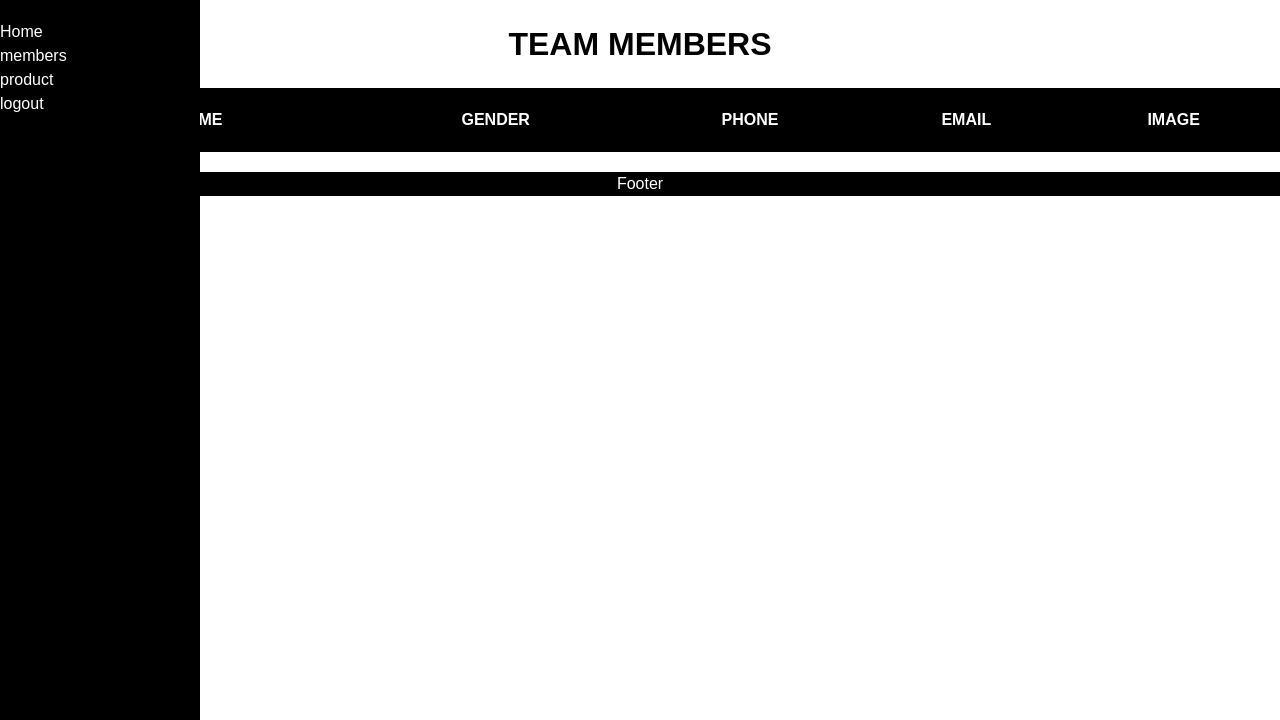
Repository: Eugene44-hub/SHRGroup46-capstone
Page: /members
These files come from the project's save history. The page is drawn as it stood at one moment and after the next save; the edit follows.
The browser window is 1280 px wide. The pictures show the whole page.
The page's requests for data from a server got no answer. The project was rebuilt for these pictures with package versions that can differ from the ones it lists, and the page was loaded fresh each time. No one was signed in, and anything a server would have sent is missing.

Above is the page before, as saved 2022-05-19 15:28:24.

### src/index.css
@tailwind base;
@tailwind components;
@tailwind utilities;
@import url('https://fonts.googleapis.com/css2?family=Poppins:wght@300;400;500;700&display=swap');
body {
    font-family: 'Poppins', sans-serif;
}

code {
    font-family: source-code-pro, Menlo, Monaco, Consolas, 'Courier New', monospace;
}

* {
    margin: 0;
    padding: 0;
    box-sizing: border-box;
}

@layer components {
    .tax {
        @apply text-sm font-medium
    }
    .taxPrice {
        @apply font-extralight
    }
}

### src/App.js
import React from 'react'
import { lazy, Suspense, useEffect, useState } from "react";
import { Route, Routes,BrowserRouter as Router } from "react-router-dom";

//read through comments on each component and pages to understand properly

// only tailwind and css modules are used in this project, any additional libraries should be told to the lead before installation

//Note: you can use normal import statement on the pages. Lazy load is for only Routing pages

// API's too have been fetched in utility folder you can import and use with the syntax below

import { fetchAllData,fetchCompanyQuantity,fetchPersonQuantity,fetchProductQuantity } from "./utilities/apis";
// fetchAllData(input endpoint here to fetch all data).then(data =>console.log(data) )
// fetchPersonQuantity(input quantity here to fetch an amount of data).then(data =>console.log(data) )
// fetchProductQuantity(input quantity here to fetch an amount of data).then(data =>console.log(data) )
// fetchCompanyQuantity(input quantity here to fetch an amount of data).then(data =>console.log(data) )

// endpoints are as follows:
// https://fakerapi.it/api/v1/products?_quantity=1
// https://fakerapi.it/api/v1/companies?_quantity=1
// https://fakerapi.it/api/v1/persons?_quantity=10
// https://fakerapi.it/api/v1/products
// https://fakerapi.it/api/v1/companies
// https://fakerapi.it/api/v1/persons

// check utilities folder for more details on the api functions

// happy coding


const Nav=lazy(()=>import('./components/nav/Nav'));
const Home=lazy(()=>import('./pages/home/Home'));
const Dashboard=lazy(()=>import('./pages/dashboard/Dashboard'))
const Members=lazy(()=>import('./pages/members/Members'))
const Product=lazy(()=>import('./pages/product/Product'))
const Login=lazy(()=>import('./pages/login/Login'))
const Footer=lazy(()=>import('./components/footer/Footer'))



const quantity = 12;

function App() {

  const[products, setProducts] = useState('')
  const [members,setMembers]=useState(null)

  useEffect(() => {
    fetchProductQuantity(quantity).then(data =>setProducts(data.data) )
    fetchAllData("https://fakerapi.it/api/v1/persons").then(data =>setMembers(data))
  }, [])

  return (
    <div className="App">

<Suspense fallback={<h1>Loading...</h1>}>
  <Router>
  <Nav/>

<Routes>
<Route path="/" element={<Home/>} />
<Route path="/product" element={<Product products = {products}/>} />
<Route path="/dashboard" element={<Dashboard/>} />
<Route path="/login" element={<Login/>} />
<Route path="/members" element={<Members members={members}/>} />
</Routes>
</Router>
<Footer/>
</Suspense>
    </div>
  );
}

export default App;

### src/utilities/apis.js
//this function takes in the url as an argument in string format

export const fetchAllData = async(url) => {
    const response = await fetch(url);
    const data = await response.json();
    return data;
}

//

// this part take in the quantity as an argument in integer format
export const fetchPersonQuantity = async(quantity) => {
    const response = await fetch(`https://fakerapi.it/api/v1/persons?_quantity=${quantity}`);
    const data = await response.json();
    return data;
}

export const fetchCompanyQuantity = async(quantity) => {

    const response = await fetch(`https://fakerapi.it/api/v1/companies?_quantity=${quantity}`);
    const data = await response.json();
    return data;
}

export const fetchProductQuantity = async(quantity) => {
    const response = await fetch(`https://fakerapi.it/api/v1/products?_quantity=${quantity}`);
    const data = await response.json();
    return data;
}



// https://fakerapi.it/api/v1/products?_quantity=1
// https://fakerapi.it/api/v1/companies?_quantity=1
// https://fakerapi.it/api/v1/persons?_quantity=10

### src/components/nav/Nav.jsx
import React from 'react'
import { useNavigate } from 'react-router-dom'

import styles from './Nav.module.css'
const navItems=[{
  item:'Home',
  url:'/'
},
{
  item:'members',
  url:'/'
},
{
  item:'product',
  url:'/'
},
{
  item:'logout',
  url:'/'
}]
const Nav = () => {
  const navigate=useNavigate()
  return (
    <nav className={`${styles.nav} `}>
      <div className='fixed w-[200px] bg-black z-50 pt-5 top-0 h-full'>
      <ul>

{navItems.map((navItem,index)=>(<li>
  <button onClick={()=>navigate(navItem.url)}>{navItem.item}</button>
</li>))}
<li>

</li>
</ul>
      </div>

    </nav>
  )
}

export default Nav

### src/pages/members/Members.jsx
import React from 'react'
//components should be imported from here if needed
// make use of your normal import statement here to import components
// make use of the css module folder or tailwind or you can use inline styles
// check the sample on nav and footer for css modules


const Members = ({members}) => {

console.log(members);
  return (
    <section className='my-5'>
    <div className='container'>
    <header className='md:text-[2rem] text-center font-bold uppercase mb-5'>
      Team members
    </header>
<table className='w-full text-white'>
 <thead>


    <tr className='bg-black border-white'>
      <th className='text-center  py-5 text-[.5rem] md:text-[1rem] uppercase'>fullname</th>
      <th className='text-center py-5 text-[.5rem] md:text-[1rem] uppercase'>gender</th>
      <th className='text-center py-5 text-[.5rem] md:text-[1rem] uppercase'>phone</th>
      <th className='text-center py-5 text-[.5rem] md:text-[1rem] uppercase'>email</th>
      <th className='text-center py-5 text-[.5rem] md:text-[1rem] uppercase'>image</th>
    </tr>
    </thead>

<tbody>
  {members&&members.data.map((member,index) => (
      <tr key={index} style={{backgroundColor:index%2===0?"lightgrey":"black", color:index%2===0?"black":"white"}} className="py-5 shadow-lg mb-5">
      <td className=' text-center text-[.5rem] md:text-[1rem]'>
      {member.firstname} {member.lastname}
      </td>
      <td className=' text-center text-[.5rem] md:text-[1rem] capitalize'>
      {member.gender}
      </td>
      <td className=' text-center text-[.5rem] md:text-[1rem]'>
      {member.phone}
      </td>
      <td className=' text-center text-[.5rem] md:text-[1rem]'>
      {member.email}
      </td>
      <td className=' py-2  text-center text-[.5rem] md:text-[1rem]'>
      <img src={member.image} className="w-[50px] mx-auto h-[50px] rounded-full" alt="" />
      </td>
      </tr>
      ))}
</tbody>

</table>

    </div>

    </section>
  )
}

export default Members

### src/components/footer/Footer.jsx
import React from 'react'
import styles from "./Footer.module.css"
const Footer = () => {
  return (
    <footer className={styles.footer}>Footer</footer>
  )
}

export default Footer

### src/components/nav/Nav.module.css
/** @format */

nav {
    /* height: 300px; */
    background-color: black;
    color: white;
}

### src/components/footer/Footer.module.css
/** @format */

footer {
  /* height: 300px; */
  background-color: black;
  color: white;
  text-align: center;
}

Loaded but not shown: public/index.html (common file); src/index.js (common file); tailwind.config.js (common file)

After the next save:
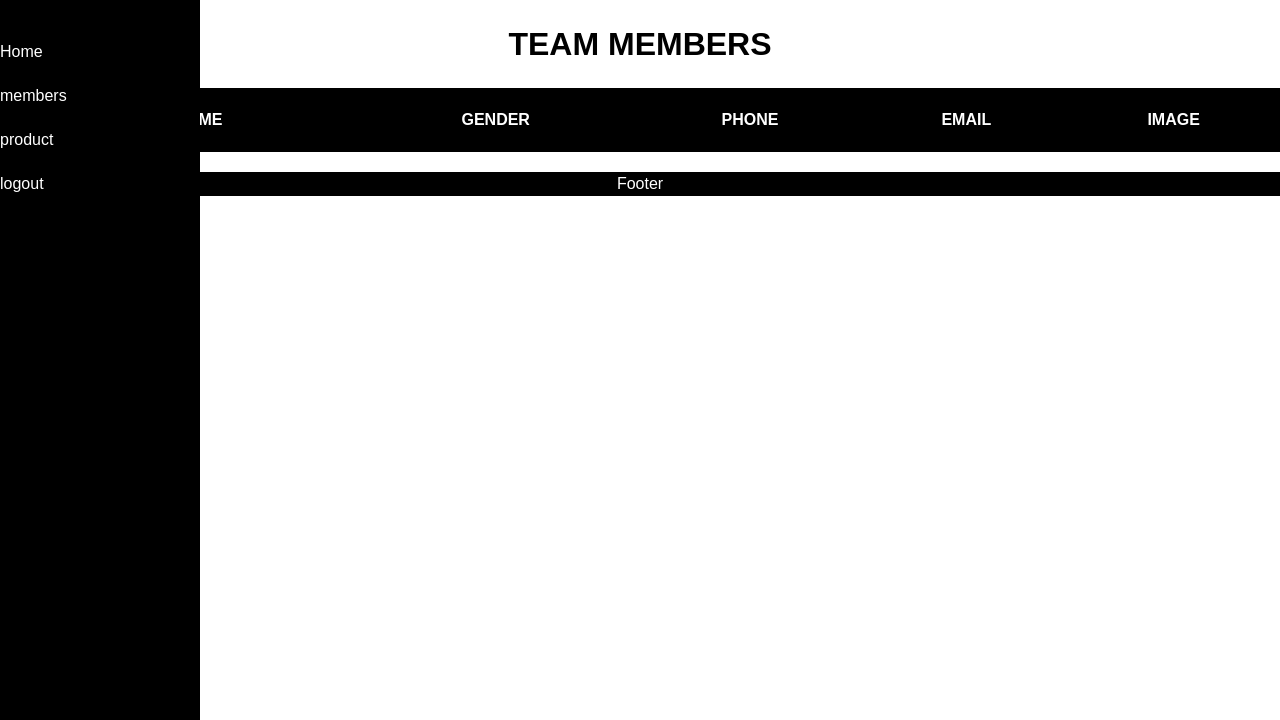
Saved 30 s later.
--- a/src/components/nav/Nav.jsx
+++ b/src/components/nav/Nav.jsx
@@ -25,7 +25,7 @@ const Nav = () => {
       <div className='fixed w-[200px] bg-black z-50 pt-5 top-0 h-full'>
       <ul>
 
-{navItems.map((navItem,index)=>(<li>
+{navItems.map((navItem,index)=>(<li className='my-5'>
   <button onClick={()=>navigate(navItem.url)}>{navItem.item}</button>
 </li>))}
 <li>
